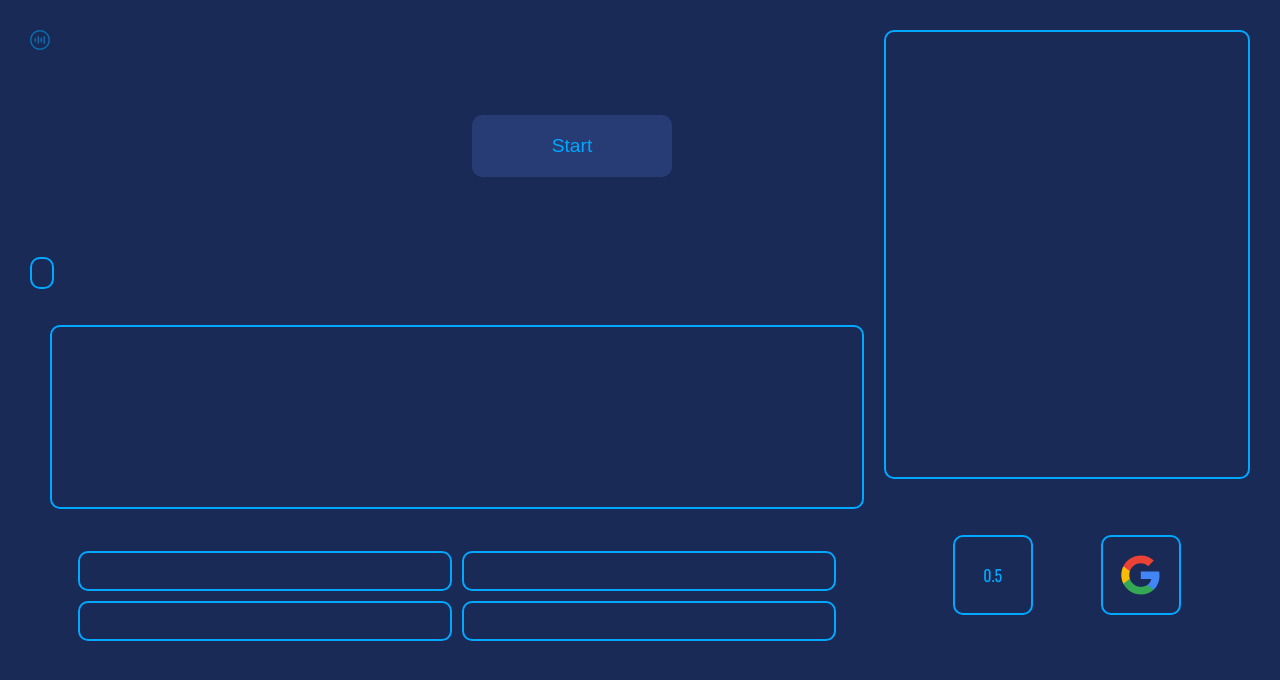
Repository: abdelrahmanahmed20021/Quiz-Platform
Page: index.html
These files come from the project's save history. The page is drawn as it stood at one moment and after the next save; the edit follows.
The browser window is 1280 px wide. The pictures show the whole page.

Above is the page before, as saved 2023-01-11 17:43:32.
Console error: TypeError: Cannot read properties of null (reading 'addEventListener')

After the next save:
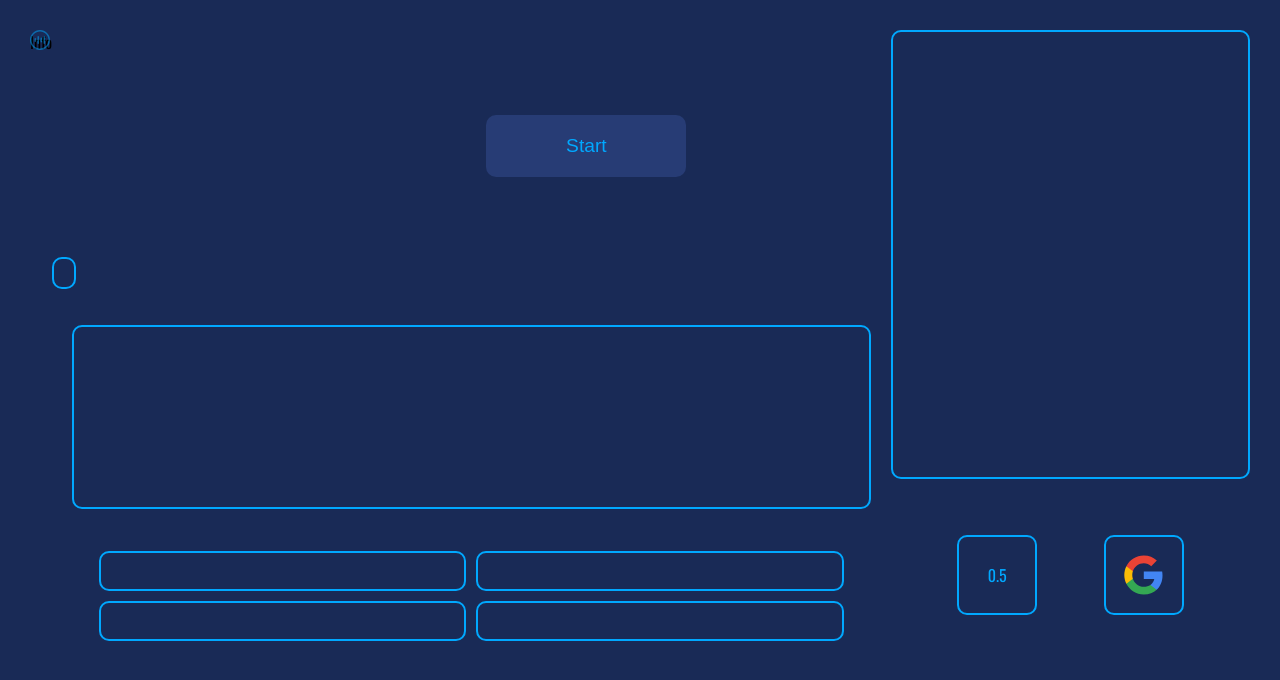
Saved 77 s later.
--- a/index.html
+++ b/index.html
@@ -24,7 +24,7 @@
                 <img src="./assets/play.svg" alt="">
                 <img src="./assets/stop.svg" class="active" alt="">
             </div>
-            <!-- <div class="info">Info</div> -->
+            <div class="poper_appender">Info</div>
             <div class="container_1">
                 <div class="start_btn flex">
                     <button class="description hidde_animate_btn">See Explanation</button>

After the save that followed:
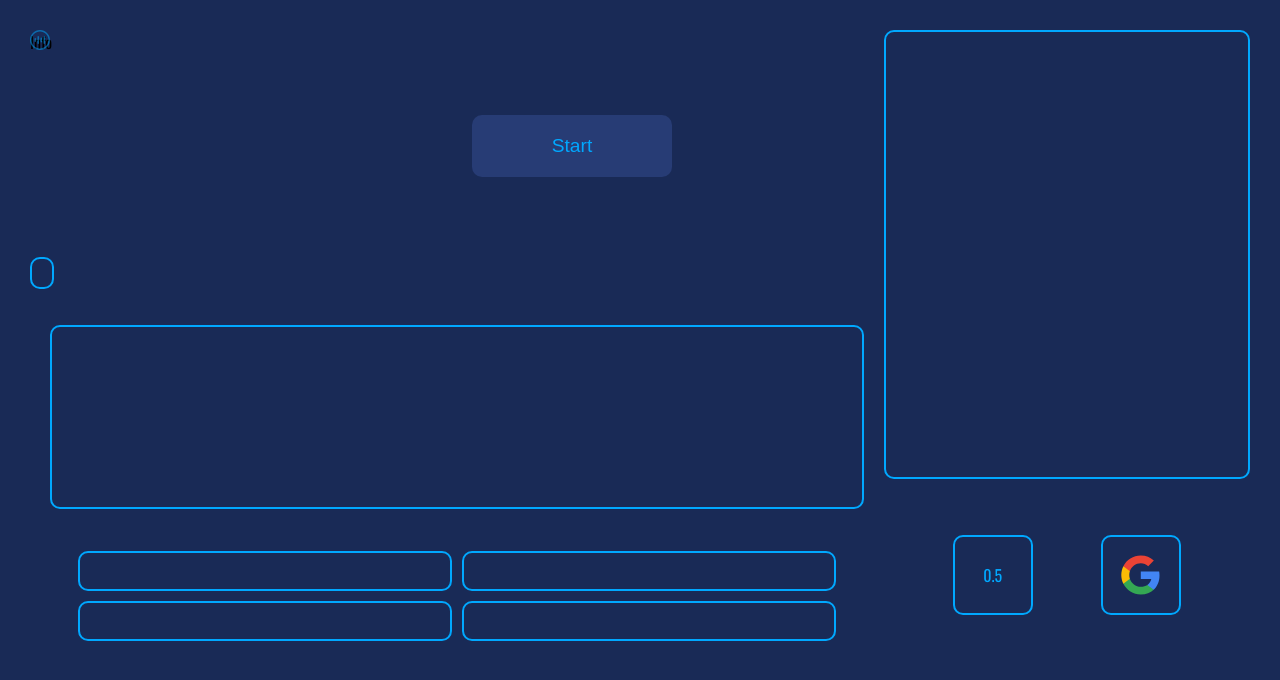
Saved 7 s later.
--- a/styles/index.css
+++ b/styles/index.css
@@ -286,7 +286,7 @@ body>section .container_2 .icons_helper .google {
     transform: scale(0);
     width: 0;
 }
-.info{
+.poper_appender{
     position: absolute;
 }
 .hide_poper{
